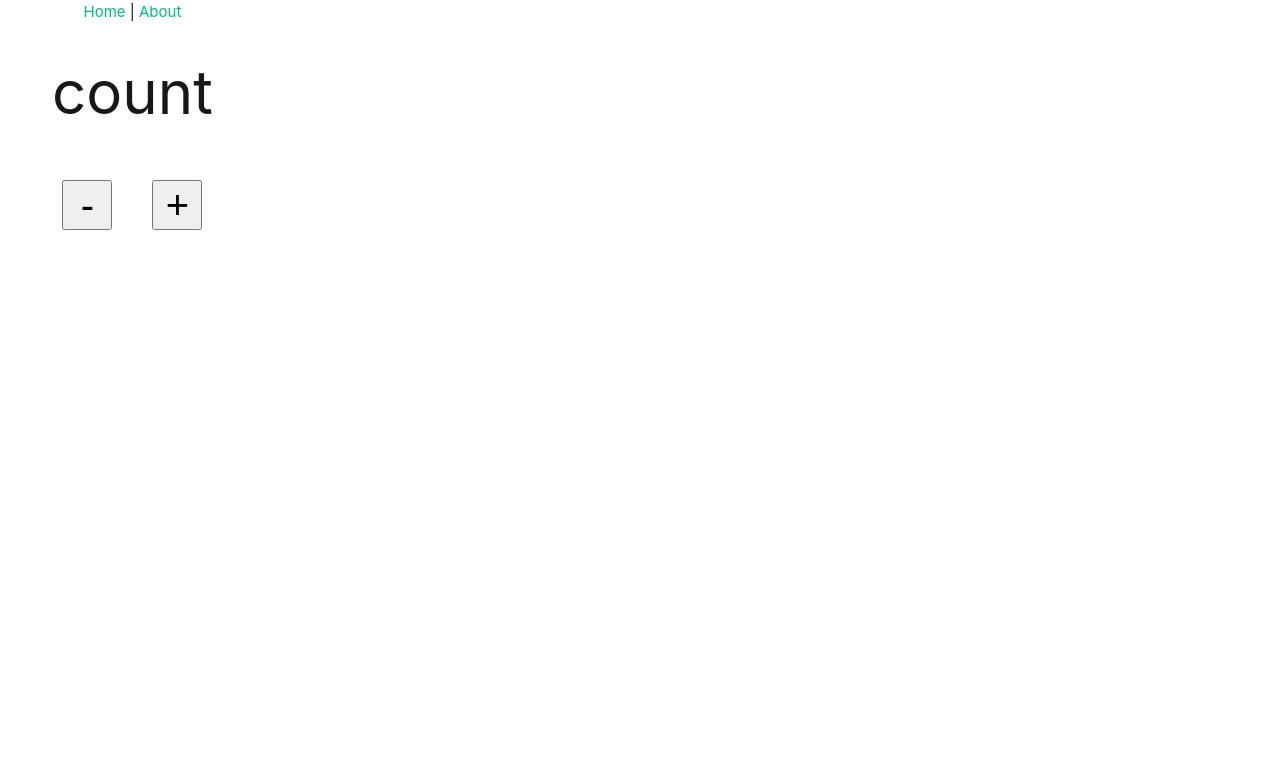
Repository: loktioncode/vectra-shop
Page: /
These files come from the project's save history. The page is drawn as it stood at one moment and after the next save; the edit follows.
The browser window is 1280 px wide. The pictures show the whole page.
The project was rebuilt for these pictures with package versions that can differ from the ones it lists, and the page was loaded fresh each time. Also part of the build but not shown: vite.config.ts.

Above is the page before, as saved 2023-09-20 12:50:22.

### src/assets/main.css
@import './base.css';

a,
.green {
  text-decoration: none;
  color: hsla(160, 100%, 37%, 1);
  transition: 0.4s;
}

@media (hover: hover) {
  a:hover {
    background-color: hsla(160, 100%, 37%, 0.2);
  }
}

@media (min-width: 1024px) {
  body {
    display: flex;
    place-items: center;
  }

  #app {
    display: grid;
    grid-template-columns: 1fr 1fr;
    padding: 0 2rem;
  }
}

### src/App.vue
<!-- <script setup lang="ts">
import { RouterLink, RouterView } from 'vue-router'
import HelloWorld from './components/HelloWorld.vue'
</script> -->

<template>
  <div class="app">
    <header>
      <nav>
        <RouterLink to="/">Home</RouterLink> |
        <RouterLink to="/about">About</RouterLink>
      </nav>

    </header>
    <RouterView />

  </div>
</template>

<style >
.app {
  text-align: center;
}
</style>

### src/assets/base.css
/* color palette from <https://github.com/vuejs/theme> */
:root {
  --vt-c-white: #ffffff;
  --vt-c-white-soft: #f8f8f8;
  --vt-c-white-mute: #f2f2f2;

  --vt-c-black: #181818;
  --vt-c-black-soft: #222222;
  --vt-c-black-mute: #282828;

  --vt-c-indigo: #2c3e50;

  --vt-c-divider-light-1: rgba(60, 60, 60, 0.29);
  --vt-c-divider-light-2: rgba(60, 60, 60, 0.12);
  --vt-c-divider-dark-1: rgba(84, 84, 84, 0.65);
  --vt-c-divider-dark-2: rgba(84, 84, 84, 0.48);

  --vt-c-text-light-1: var(--vt-c-indigo);
  --vt-c-text-light-2: rgba(60, 60, 60, 0.66);
  --vt-c-text-dark-1: var(--vt-c-white);
  --vt-c-text-dark-2: rgba(235, 235, 235, 0.64);
}

/* semantic color variables for this project */
:root {
  --color-background: var(--vt-c-white);
  --color-background-soft: var(--vt-c-white-soft);
  --color-background-mute: var(--vt-c-white-mute);

  --color-border: var(--vt-c-divider-light-2);
  --color-border-hover: var(--vt-c-divider-light-1);

  --color-heading: var(--vt-c-text-light-1);
  --color-text: var(--vt-c-black);

  --section-gap: 160px;
}

@media (prefers-color-scheme: dark) {
  :root {
    --color-background: var(--vt-c-black);
    --color-background-soft: var(--vt-c-black-soft);
    --color-background-mute: var(--vt-c-black-mute);

    --color-border: var(--vt-c-divider-dark-2);
    --color-border-hover: var(--vt-c-divider-dark-1);

    --color-heading: var(--vt-c-text-dark-1);
    --color-text: var(--vt-c-black);
  }
}

*,
*::before,
*::after {
  box-sizing: border-box;
  margin: 0;
  font-weight: normal;
}

body {
  min-height: 100vh;
  color: var(--color-text);

  background: var(--vt-c-white);

  transition:
    color 0.5s,
    background-color 0.5s;
  line-height: 1.6;
  font-family:
    Inter,
    -apple-system,
    BlinkMacSystemFont,
    'Segoe UI',
    Roboto,
    Oxygen,
    Ubuntu,
    Cantarell,
    'Fira Sans',
    'Droid Sans',
    'Helvetica Neue',
    sans-serif;
  font-size: 15px;
  text-rendering: optimizeLegibility;
  -webkit-font-smoothing: antialiased;
  -moz-osx-font-smoothing: grayscale;
}

### src/views/HomeView.vue


<template>
  <div class="home">
    <h1 class="count">count</h1>
    <div class="buttons">
      <button>-</button>
      <button @click="increaseCount">+</button>
    </div>
  </div>
</template>



<script setup lang="ts">
// import TheWelcome from '../components/TheWelcome.vue'
import { ref } from 'vue';

const count = ref(0);

const increaseCount = () => {
  count.value++;
}

</script>

<style>
@media (min-width: 1024px) {
  .home {
    min-height: 100vh;
    align-items: center;
  }

  .count {
    font-size: 60px;
    margin: 20px;
  }

  .buttons button {
    font-size: 40px;
    margin: 20px;
    width: 50px;
    height: 50px;
  }
}
</style>

Loaded but not shown: index.html (common file); src/main.ts (common file); src/router/index.ts (common file)

After the next save:
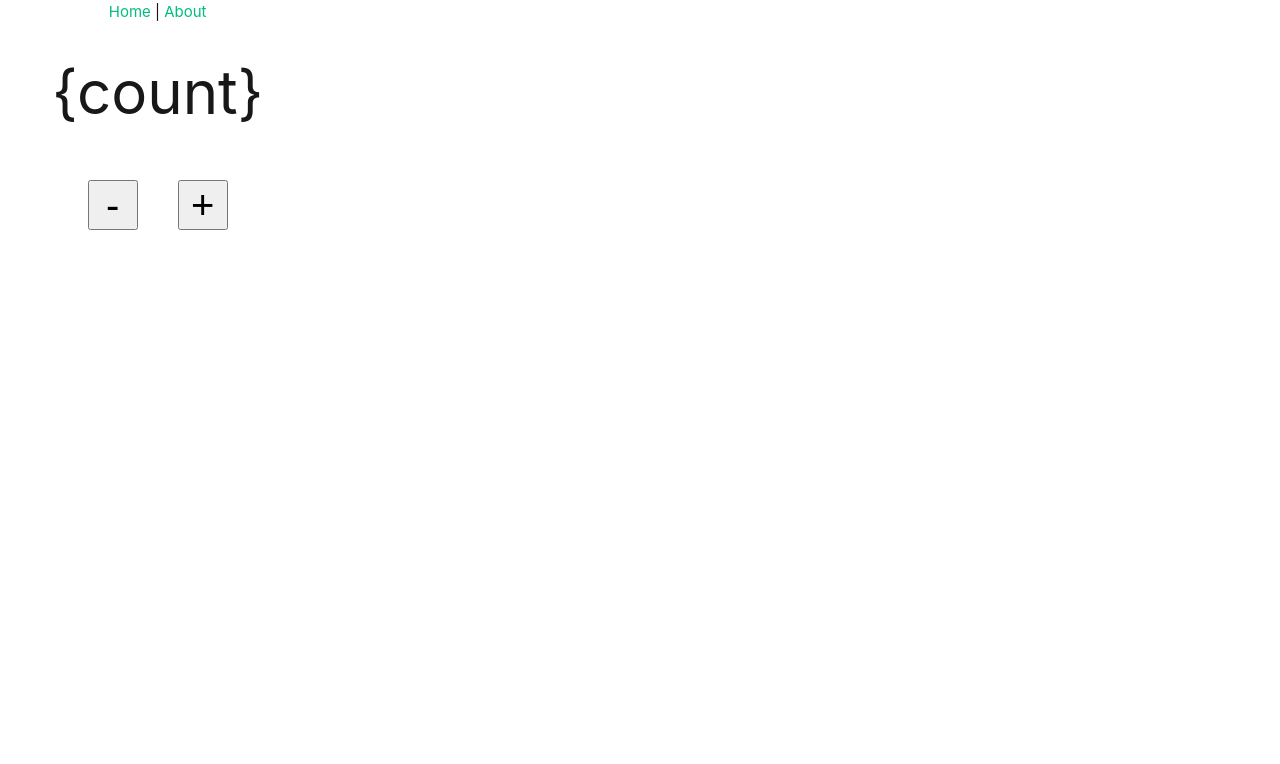
Saved 5 s later.
--- a/src/views/HomeView.vue
+++ b/src/views/HomeView.vue
@@ -2,7 +2,7 @@
 
 <template>
   <div class="home">
-    <h1 class="count">count</h1>
+    <h1 class="count">{count}</h1>
     <div class="buttons">
       <button>-</button>
       <button @click="increaseCount">+</button>
